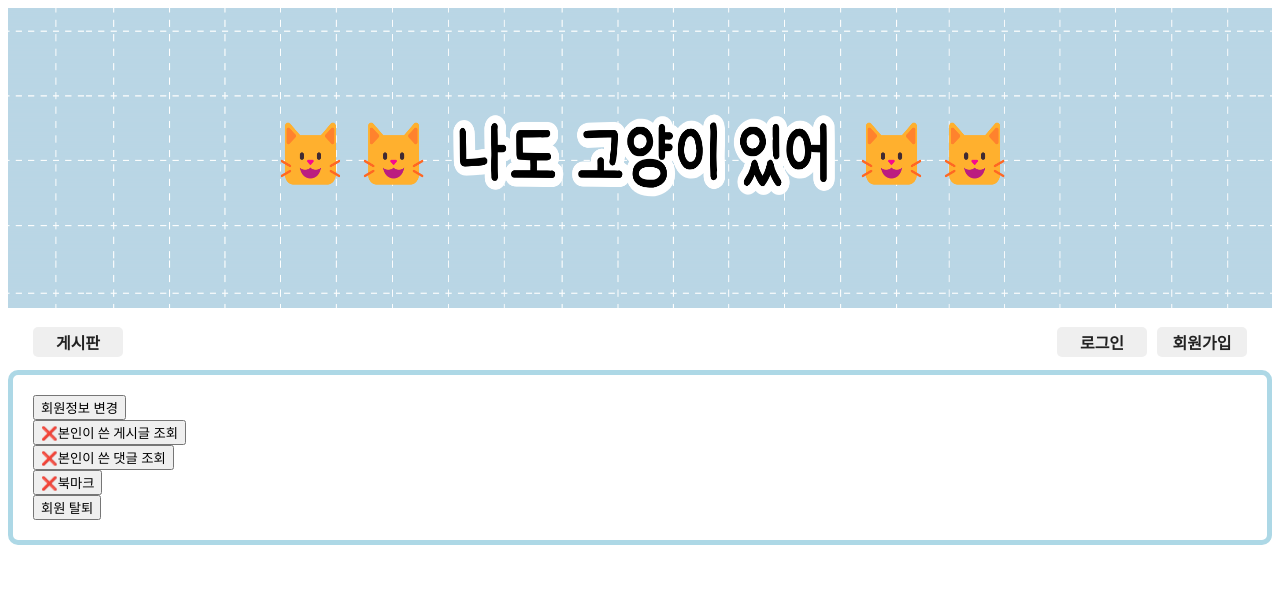
Repository: hh7711/Goit
Page: http://localhost/Goit/WEB-INF/views/myPage.jsp
These files come from the project's save history. The page is drawn as it stood at one moment and after the next save; the edit follows.
The browser window is 1280 px wide. The pictures show the whole page.
Some web fonts or font styles are not loaded; a fallback is used. The page is served by Tomcat 9. Nobody is signed in. Other server files are loaded and not shown. The template is opened directly, without the code that normally fills it, so the values that code supplies are empty.

Above is the page before, as saved 2023-08-06 13:43:11.

### Goit/src/main/webapp/WEB-INF/views/myPage.jsp
<%@ page language="java" contentType="text/html; charset=UTF-8"
    pageEncoding="UTF-8"%>
<%@ taglib prefix="c" uri="http://java.sun.com/jsp/jstl/core" %>
<!DOCTYPE html>
<html>
<head>
<meta charset="UTF-8">
<title>나도 고양이 있어</title>
	<style type="text/css">
		@font-face {
		    font-family: 'Dovemayo_gothic';
		    src: url('https://cdn.jsdelivr.net/gh/projectnoonnu/noonfonts_2302@1.1/Dovemayo_gothic.woff2') format('woff2');
		    font-weight: normal;
		    font-style: normal;
		}
		body,button {
			font-family: 'Dovemayo_gothic';
		}
		#main1{
			border: 5px solid lightblue;
			border-radius: 10px;
			padding: 20px;
		}
		.headBtnDiv{
			margin-bottom: 30px; margin-top: 10px;
			margin-left: 20px; margin-right: 20px;
		}
		.headBtn{
        	border: 0.5px;
        	width: 90px;
        	height: 30px;
        	color: rgb(34, 34, 34);
        	border-radius: 5px;
        	font-size: medium;
        	font-weight: bold;
        	margin-top: 5px; margin-left: 5px; margin-right: 5px; margin-bottom: 30px;
        }
        .headBtn:hover{
        	background-color: rgb(211, 253, 255);
        	box-shadow: 1px 1px 5px #ccc;
        }
        .headId{
        	font-size: medium;
        	font-weight: bold;
        	margin-top: 8px; margin-left: 5px; margin-right: 5px; margin-bottom: 10px;
        }
        .BtnDiv{
        	margin-left: auto; margin-right: auto;
        }
	</style>
</head>
<body>
	<div>
		<a href="mainPage">
			<img style="height: 300px;" alt="오류" src="resources/main/main15.png" width="100%">
		</a>
	</div>
	<div class="headBtnDiv">
		<button type="button" class="headBtn" style="float: left;" onclick="location.href='boardList'">게시판</button>
		<c:if test="${dto == null}">
			<button type="button" class="headBtn" style="float: right;" onclick="location.href='signUpPage'">회원가입</button>&nbsp;
			<button type="button" class="headBtn" style="float: right;" onclick="location.href='signInPage'">로그인</button>
		</c:if>
		<c:if test="${dto != null}">
			<button type="button" class="headBtn" style="float: right;" onclick="location.href='signOut'">로그아웃</button>&nbsp;
			<button type="button" class="headBtn" style="float: right;" onclick="location.href='myPage'">마이페이지</button>
			<span class="headId" style="float: right;">${dto.id}님</span>
		</c:if>
	</div>
	<div id="main1">
		<div id="main2">
			<div class="BtnDiv"><!-- 본문 -->
				<div>
					<button type="button" id="memberInfo">회원정보 변경</button>
				</div>
				<div>
					<button type="button" onclick="location.href='#'">❌본인이 쓴 게시글 조회</button>
				</div>
				<div>
					<button type="button" onclick="location.href='#'">❌본인이 쓴 댓글 조회</button>
				</div>
				<div>
					<button type="button" onclick="location.href='#'">❌북마크</button>
				</div>
				<div>
					<button type="button" id="memberDelete">회원 탈퇴</button>
				</div>
			</div><!-- 본문 -->
		</div><!-- main1 -->
	</div><!-- main2 -->
	<form id="formId" name="formId" method="post">
		<input type="hidden" value="${dto.id}" name="id">
	</form>
	<script src="https://ajax.googleapis.com/ajax/libs/jquery/3.3.1/jquery.min.js"></script>
    <script type="text/javascript">
    	$("#memberInfo").on("click", function() {
    		console.log("눌러는지니?");
    		$("#formId").attr("action", "memberInfoPage");
    		console.log($("#formId input[name='id']").val());
    		$("#formId").submit();
    	});
    	$("#memberDelete").on("click", function() {
    		console.log("눌러는지니?");
    		$("#formId").attr("action", "memberDeletePage");
    		console.log($("#formId input[name='id']").val());
    		$("#formId").submit();
    	});
    </script>
</body>
</html>

After the next save:
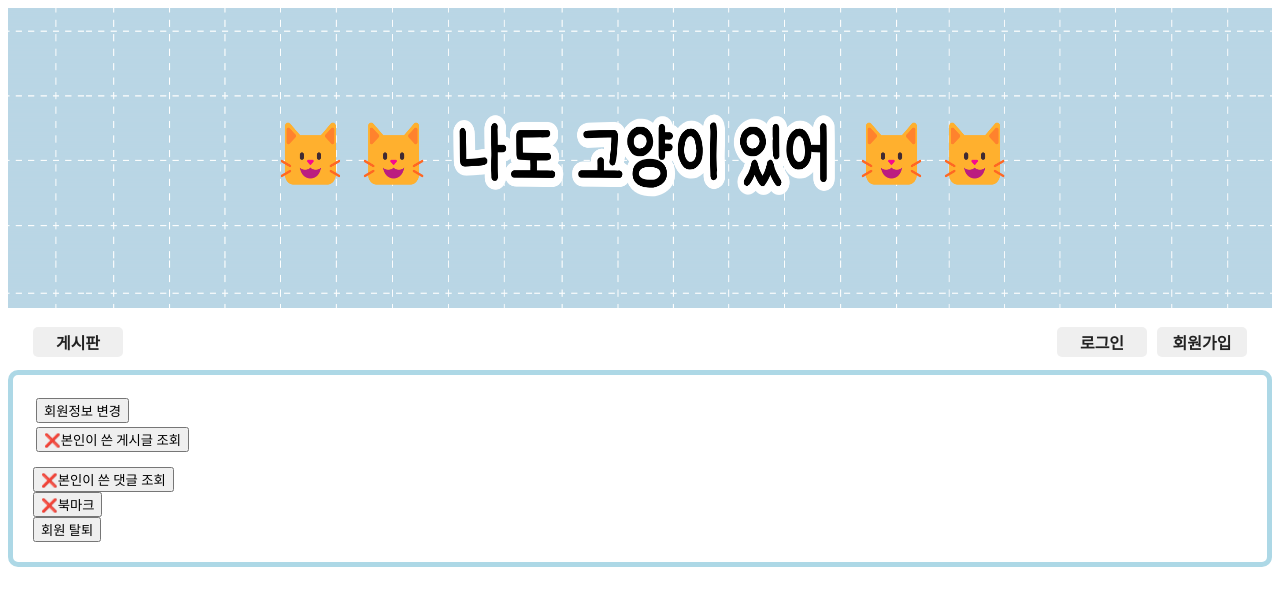
Saved 16 min 42 s later.
--- a/Goit/src/main/webapp/WEB-INF/views/myPage.jsp
+++ b/Goit/src/main/webapp/WEB-INF/views/myPage.jsp
@@ -70,12 +70,35 @@
 	<div id="main1">
 		<div id="main2">
 			<div class="BtnDiv"><!-- 본문 -->
-				<div>
-					<button type="button" id="memberInfo">회원정보 변경</button>
-				</div>
-				<div>
-					<button type="button" onclick="location.href='#'">❌본인이 쓴 게시글 조회</button>
-				</div>
+				<table>
+					<tr>
+						<td>
+							<div>
+								<button type="button" id="memberInfo" class="Btn">회원정보 변경</button>
+							</div>
+						</td>
+					</tr>
+					<tr>
+						<td>
+							<div>
+								<button type="button" onclick="location.href='#'">❌본인이 쓴 게시글 조회</button>
+							</div>
+						</td>
+					</tr>
+					<tr>
+						<td>
+						</td>
+					</tr>
+					<tr>
+						<td>
+						</td>
+					</tr>
+					<tr>
+						<td>
+						</td>
+					</tr>
+				</table>
+
 				<div>
 					<button type="button" onclick="location.href='#'">❌본인이 쓴 댓글 조회</button>
 				</div>
